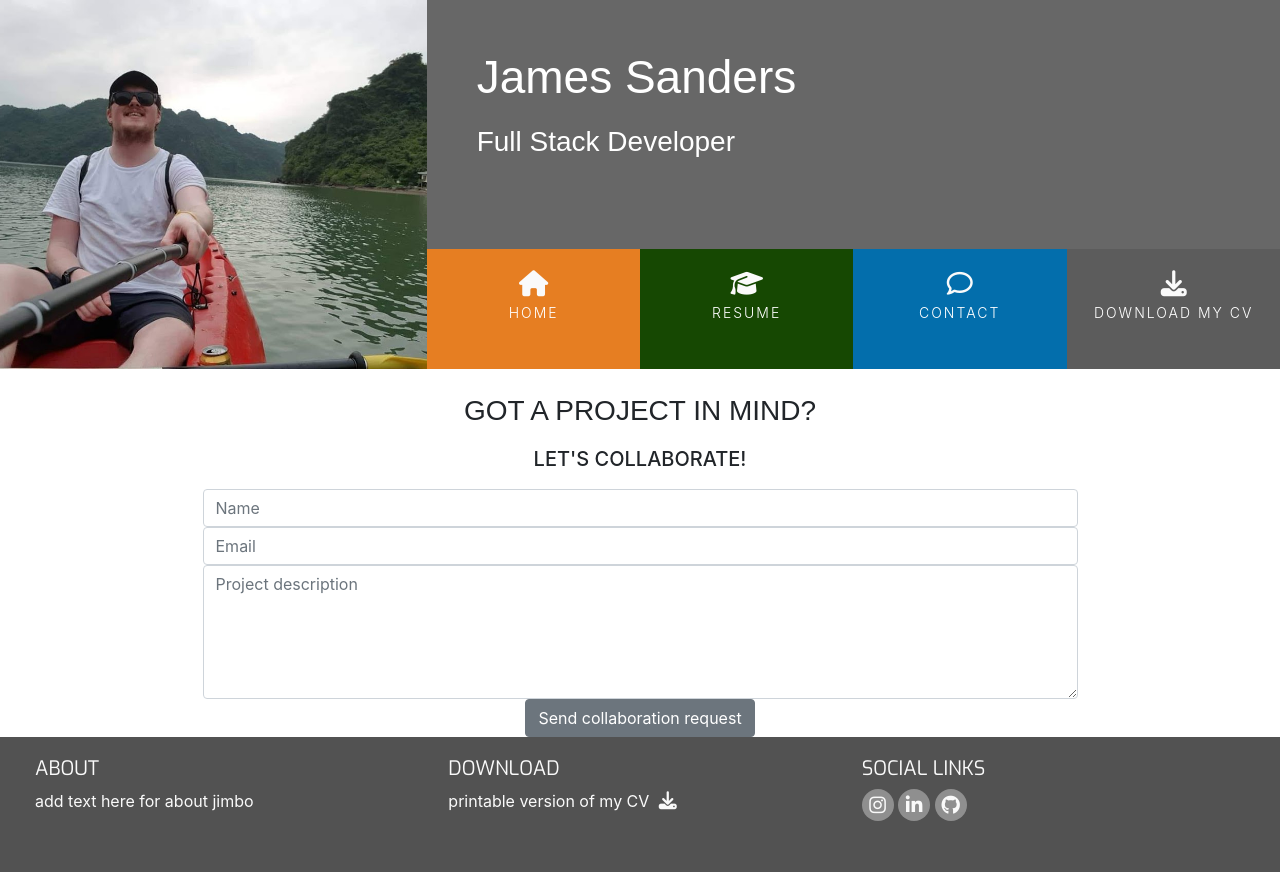
Repository: JaySanders95/my-online-resume
Page: contact.html
The author's editor kept a copy of each file at every save. The page is drawn from the files as they stood at one save, then again after the next save.
The browser window is 1280 px wide. The pictures show the whole page.
Some web fonts or font styles are not loaded; a fallback is used. Some web libraries are served in a nearby version.

Above is the page before, as saved 2023-05-05 14:02:10.

### contact.html
<!DOCTYPE html>
<html lang="en">
<head>
    <meta charset="UTF-8">
    <meta http-equiv="X-UA-Compatible" content="IE=edge">
    <meta name="viewport" content="width=device-width, initial-scale=1.0">
    <link rel="stylesheet" href="https://cdn.jsdelivr.net/npm/@fortawesome/fontawesome-free@6.2.1/css/fontawesome.min.css" integrity="sha384-QYIZto+st3yW+o8+5OHfT6S482Zsvz2WfOzpFSXMF9zqeLcFV0/wlZpMtyFcZALm" crossorigin="anonymous">
    <link rel="stylesheet" href="https://cdn.jsdelivr.net/npm/bootstrap@4.6.2/dist/css/bootstrap.min.css" integrity="sha384-xOolHFLEh07PJGoPkLv1IbcEPTNtaed2xpHsD9ESMhqIYd0nLMwNLD69Npy4HI+N" crossorigin="anonymous">
    <link rel="stylesheet" href="assets/css/style.css">
    <link rel="stylesheet" href="https://cdnjs.cloudflare.com/ajax/libs/hover.css/2.3.1/css/hover-min.css" integrity="sha512-csw0Ma4oXCAgd/d4nTcpoEoz4nYvvnk21a8VA2h2dzhPAvjbUIK6V3si7/g/HehwdunqqW18RwCJKpD7rL67Xg==" crossorigin="anonymous" referrerpolicy="no-referrer" />
    <title>James Sanders' Resume</title>
</head>
<body>
    <header>
        <div class="row no-gutters">
            <a href="index.html" class="col-md-4 logo">

            </a>
            <div class="col-md-8">
                <div class="row bg-color-name-title no-gutters">
                    <div class="col heading">
                        <h1 class="name">James Sanders</h1>
                        <h2 class="title">Full Stack Developer</h2>

                    </div>
                </div>
                <div class="row no-gutters">
                    <div class="col">
                        <ul id="nav" class="list-inline menucontainer">
                            <li class="col-6 col-sm-3 ui-menu-color-home list-inline-item menuitem">
                                <a href="#" class="hvr-bounce-to-bottom"><i class="fa fa-home" aria-hidden="true"></i><span>Home</span></a>
                            </li>
                            <li class="col-6 col-sm-3 ui-menu-color-resume list-inline-item menuitem">
                                <a href="#" class="hvr-bounce-to-bottom"><i class="fa fa-graduation-cap" aria-hidden="true"></i><span>Resume</span></a>
                            </li>
                            <li class="col-6 col-sm-3 ui-menu-color-contact list-inline-item menuitem">
                                <a href="#" class="hvr-bounce-to-bottom"><i class="fa fa-comment-o" aria-hidden="true"></i><span>Contact</span></a>
                            </li>
                            <li class="col-6 col-sm-3 ui-menu-color-download list-inline-item menuitem">
                                <a href="#" class="hvr-bounce-to-bottom"><i class="fa fa-download" aria-hidden="true"></i><span>Download my CV</span></a>
                            </li>
                        </ul>
                    </div>
                </div>
            </div>
        </div>
    </header>
    <section class="container-fluid">
        <div class="row bg-color-contact">
            <div class="col">
                <h3 class="contact-heading uppercase text-center">Got a project in mind?</h3>
                <h5 class="uppercase text-center">Let's collaborate!</h5>
                <div class="center-form">
                    <form>
                        <input type="text" name="name" id="fullname" class="form-control" placeholder="Name" required>
                        <input type="email" name="email" id="emailaddress " class="form-control" placeholder="Email" required>
                        <textarea name="projectsummary" id="projectsummary" rows="5" class="form-control" placeholder="Project description" required></textarea>
                        <div class="form-row text-center">
                            <div class="col">
                                <button type="submit" class="btn btn-secondary">Send collaboration request</button>
                            </div>
                        </div>
                    </form>
                </div>
            </div>
        </div>

    </section>
    <footer class="container-fluid">
        <div id="footer-details" class="row">
            <div class="col-sm-4">
                <h5 class="uppercase general-sub">About</h5>
                <p class="inline-block"> add text here for about jimbo</p>
            </div>
            <div class="col-sm-4">
                <h5 class="uppercase general-sub">Download</h5>
                <p class="inline-block"> printable version of my CV</p>
                <a href="#" target="_blank" class="cv-pdf">
                    <i class="fa fa-download" aria-hidden="true"></i>
                    <span class="sr-only">Download link.</span>
                </a>
            </div>
            <div class="col-sm-4">
                <h5 class="uppercase general-sub">Social links</h5>
                <ul class="list-inline social-links">
                    <li class="list-inline-item">
                        <a target="_blank" href="#">
                            <i class="fa fa-instagram"></i>
                            <span class="sr-only">Instagram</span>
                        </a>
                    </li>
                    <li class="list-inline-item">
                        <a target="_blank" href="#">
                            <i class="fa fa-linkedin"></i>
                            <span class="sr-only">LinkedIn</span>
                        </a>
                    </li>
                    <li class="list-inline-item">
                        <a target="_blank" href="#">
                            <i class="fa-brands fa-github"></i>
                            <span class="sr-only">GitHub</span>

                        </a>
                    </li>
                </ul>
            </div>
        </div>

    </footer>
    <script src="https://kit.fontawesome.com/c80cd6a143.js" crossorigin="anonymous"></script>
</body>
</html>

### assets/css/style.css
@import url('https://fonts.googleapis.com/css2?family=Anuphan:100,200,300,400,500,600,700wght@300&family=Exo:100,200,300,400,500,600,700ital,wght@1,300&display=swap');


/* ------- Colours ---------*/

.bg-color-name-title {
    background-color:#676767;
}

.bg-color-three-reasons {
    background-color: #fff;
}

.bg-color-personal-info {
    background-color:#f4f4f4;
}

.ui-menu-color-home {
    background-color: #e67e22;
}

.ui-menu-color-resume {
    background-color: #164802;
}

.ui-menu-color-contact {
    background-color: #036eac;
}

.ui-menu-color-download {
    background-color: #5c5c5c;
}

.bg-color-work-history {
    background-color: #164802;
}

.bg-color-contact {
    background-color: #fff;
}

/* ------- Special paddings/margins/text ---------*/

h1,h2,h3,h4 {
    margin: 0;
}

.uppercase {
    text-transform: uppercase;
}

.general-sub {
    font-family: 'Exo', sans-serif;
    font-weight: 300;
    color: #fafafa;
}

.inline-block {
    display: inline-block;
}

.row-table {
    display: table;

}
.section-column {
    display: table-cell;
    padding: 0 30px 30px;
    float: none;
}

.history-heading,
.section-heading {
    font-family: 'Exo', sans-serif;
    font-weight: 300;
    margin-top: 25px;
    margin-bottom: 40px;
}

/* ------- Headers ---------*/
header {
    margin: 0;
}

.heading {
    margin-left: 50px;
}

.logo {
    background: url(../images/me.png);
    background-position: center;
    background-repeat: no-repeat;
    background-size: cover;
    min-height: 360px;
    transition: all .5s ease-in-out;
    -moz-transition: all .5s ease-in-out;
    -webkit-transition: all .5s ease-in-out;
}

.name {
    font-family: 'Anuphan', sans-serif;
    font-weight: 100;
    font-size: 46px;
    margin-top: 50px;
    color: #fff;
}


.title {
    font-family: 'Anuphan', sans-serif;
    font-weight: 200;
    font-size: 28px;
    margin-top: 20px;
    margin-bottom: 90px;
    color: #fff;
}

.list-inline-item:not(:last-child) {
    margin: 0;
}

.menucontainer {
    font-size: 0;
}

#nav li {
    font-size: 14px;
    padding: 0;
}

#nav {
    margin: 0;
}

.menuitem {
    height: 120px;
    text-align: center;
    padding: 0;

}

.menuitem a {
    width: 100%;
    text-decoration: none;
    color: #fff;
    height: 120px;
}

.menuitem a i {
    display: block;
    padding-top: 22px;
    color: #fafafa;
    font-size: 26px;
}

.menuitem span {
    display: block;
    width: 100%;
    padding-top: 5px;
    text-align: center;
    text-transform: uppercase;
    font-size: 14px;
    font-weight: 300;
    letter-spacing: 2px;
}

/* ------- Hover.css ---------*/

.hvr-bounce-to-bottom:before {
    background: rgba(0, 0, 0, 0.3) !important;
    height: 120px;

}

/* ------- Footer ---------*/

footer {
    background-color: #525252;
    color: #fafafa;
    min-height: 120px;
}

.cv-pdf i {
    font-size: 18px;
    color: #fafafa;
    text-align: center;
    padding-left: 5px;
    transition: all 0.35s ease-in-out;
    -moz-transition: all 0.35s ease-in-out;
    -webkit-transition: all 0.35s ease-in-out;
    -o-transition: all 0.35s ease-in-out;
}

.cv-pdf i:hover {
    color: #e84610;
}

.social-links {
    padding-bottom: 15px;
}

.social-links li a i {
    width: 32px;
    height: 32px;
    padding: 7px 0;
    border-radius: 50%;
    font-size: 19px;
    text-align: center;
    color: #fafafa;
    background: #8f8f8f;
    transition: all 0.35s ease-in-out;
    -moz-transition: all 0.35s ease-in-out;
    -webkit-transition: all 0.35s ease-in-out;
    -o-transition: all 0.35s ease-in-out;
}

.social-links li a i:hover {
    background-color: #e84610;
}

#footer-details {
    padding: 20px;
}

/* ------- 3 Reasons ---------*/

.three-reasons-icon {
    font-size: 26px;
    color: #e67e22;
}

.three-reasons-heading {
    margin-bottom: 15px;
}

/* ------- Personal Info ---------*/

.personal-info-item {
    margin-bottom: 20px;
    display: block;
    clear: both;
}

.personal-info-item .key,
.personal-info-item .value {
    padding: 8px;
    display: inline-block;

}

.personal-info-item .key p,
.personal-info-item .value p {
    margin: 0;
}

.personal-info-item .key {
    width: 30%;
    margin-right: 21px;
    padding-top: 2px;
    vertical-align: top;
}

.personal-info-item .key p {
    font-weight: 700;


}

.personal-info-item .value {
    position: relative;
    width: 60%;

}

/* ------- Skills ---------*/

.progress {
    line-height: normal;
    position: relative;
    height: 25px;
    margin-bottom: 4px;
}

.progress-type {
    position: absolute;
    left: 0px;
    font-weight: 400;
    padding: 3px 30px 2px 10px;
    color: #fafafa;
    background-color: rgba(25, 25, 25, 0.2);
    height: inherit;
}

.progress-section {
    margin: 40px 20px;
}

/* -------- Work History ----- */

.history-heading {
    color: #fafafa;
    margin-bottom: 50px;
}

.timeline-item {
    padding: 4em 2em 0em 2em;
    position: relative;
    color: #fafafa;
    border-left: 1px solid;
}

.timeline-item p {
    padding: 0;
    margin: 0;
}

.timeline-item:before {
    content: attr(data-dates);
    position: absolute;
    left: 2.5em;
    top: 3em;
    display: block;
    font-family: 'Exo', sans-serif;
    font-weight: 500;
    font-size: 0.8em;
    padding: 0;
    margin: 0;
}

.timeline-item:after {
    width: 12px;
    height: 12px;
    display: block;
    top: 2.4em;
    position: absolute;
    left: -6px;
    border-radius: 12px;
    content: '';
    background: #fafafa;
}

.history-items {
    margin-bottom: 30px;
}


/* -------- Content form ----- */
.contact-heading {
    font-family: 'Anuphan', sans-serif;
    font-weight: 300;
    margin-top: 25px;
    margin-bottom: 20px;
}

.center-form {
    padding-top: 10px;
    margin: 0 auto;
    max-width: 70%;

}



/*
font-family: 'Anuphan', sans-serif;
font-family: 'Exo', sans-serif;
*/

After the next save:
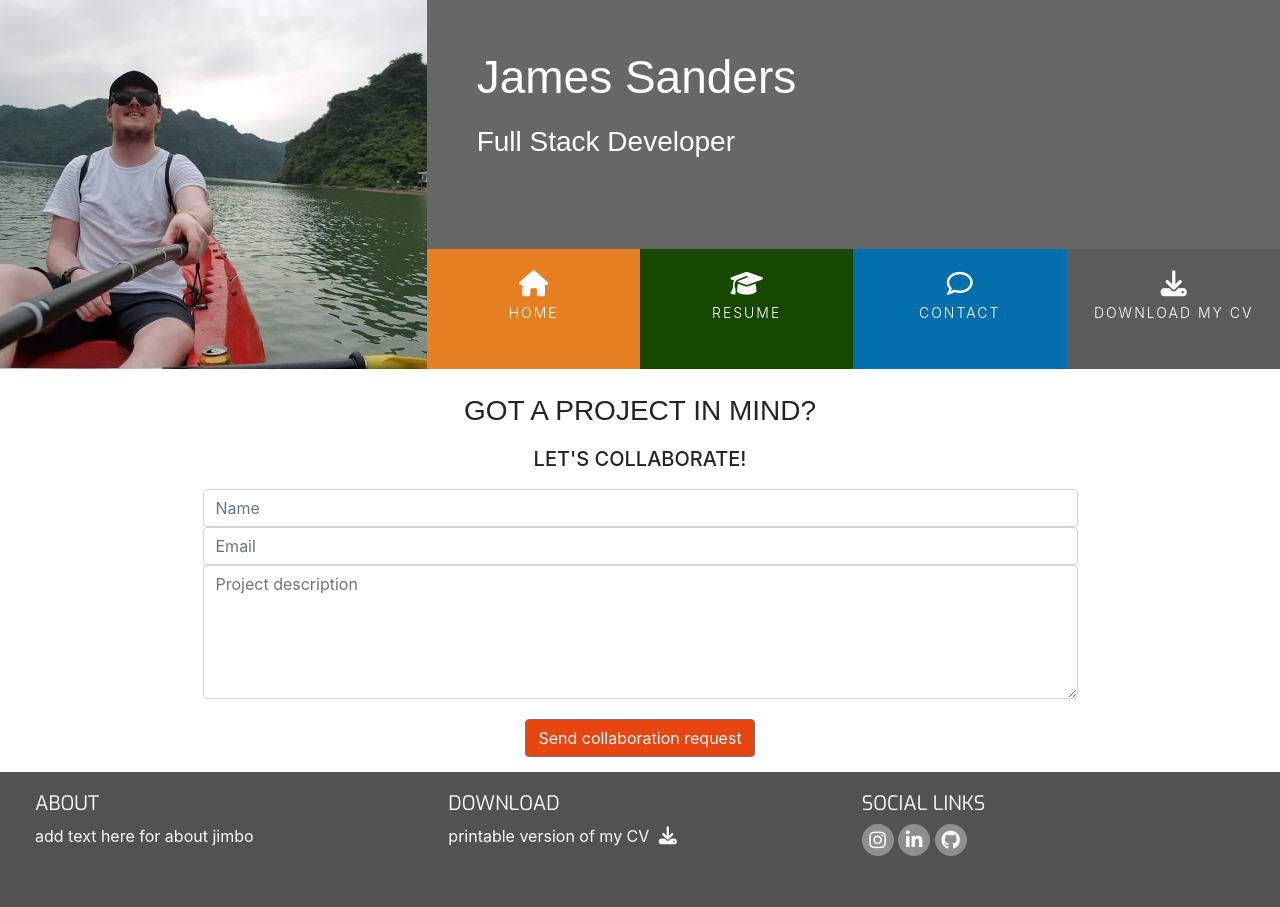
Saved 70 s later.
--- a/assets/css/style.css
+++ b/assets/css/style.css
@@ -359,6 +359,13 @@ footer {
 
 }
 
+button[type="submit"] {
+    margin-bottom: 15px;
+    margin-top: 20px;
+    color: #fafafa;
+    background-color: #e84610;
+}
+
 
 
 /*
